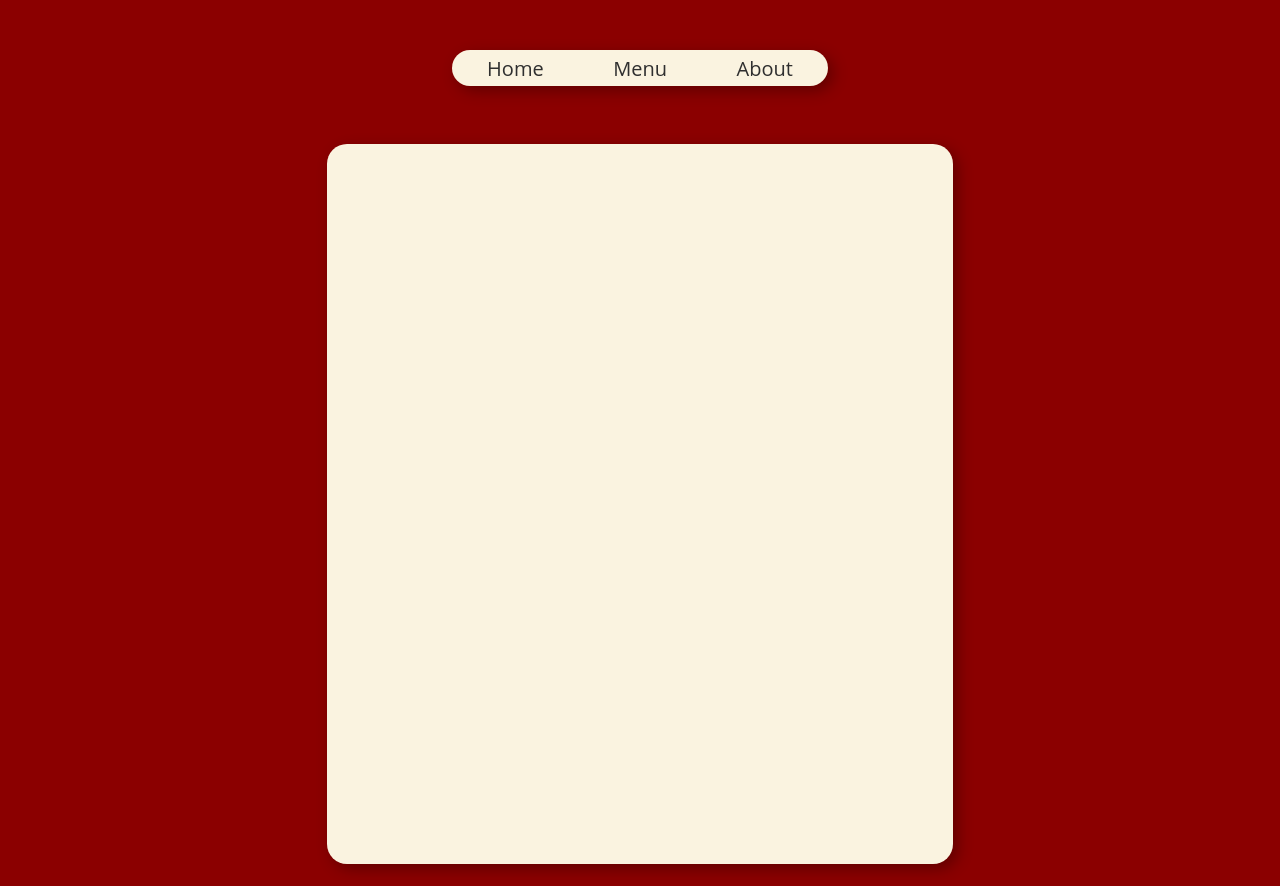
Repository: Dimitris2031/Restaurant-Front-page
Page: / (app in webpack-practice/)
An editor plug-in stored every save of this project. The page is shown before and after the next save, followed by the edit.
The browser window is 1280 px wide. The pictures show the whole page.
The project was rebuilt for these pictures with package versions that can differ from the ones it lists, and the page was loaded fresh each time. Also part of the build but not shown: webpack-practice/webpack.config.js.

Above is the page before, as saved 2025-09-10 10:48:57.

### webpack-practice/src/template.html
<!DOCTYPE html>
<html lang="en">
<head>
  <meta charset="UTF-8">
  <title>Webpack Practice</title>
</head>
<body>
  <header>
    <div class="nav-container">
        <nav>Home</nav>
        <nav>Menu</nav>
        <nav>About</nav>
    </div>
  </header>
  <div id="content"></div>
</body>
</html>

### webpack-practice/src/index.js
// src/index.js
import "./styles.css";
// import odinImage from "./odin.png";
import { greeting } from "./greeting.js";
const image = document.createElement("img");
// image.src = odinImage;

// document.body.appendChild(image);

console.log(greeting);

### webpack-practice/src/styles.css
*{
  margin: 1vh;
  padding: 0;

}

/* styles.css */
body {
  background-color: #8B0000;
  display: flex;
  flex-direction: column;
  align-items: center;
  gap: 5vh;
  font-family: "Open Sans", sans-serif;
}

header{
  display:flex;
  justify-content:center;
  align-items:end;
  gap: 5%;
  width: 100%;
  height: 10vh;
}

.nav-container{
  display:flex;
  justify-content:space-around;
  align-items:center;
  height: 50%;
  background-color: #FAF3E0;
  border-radius: 20px;
  width: 30%;
  font-size: clamp(12px, 2vw, 20px);
  box-shadow: 5px 5px 15px rgba(0, 0, 0, 0.3);
}

nav{
  color: #2F2F2F;
}

#content{
  height: 100vh;
  background-color: #FAF3E0;
  width: 50%;
  border-radius: 20px;
  box-shadow: 5px 5px 15px rgba(0, 0, 0, 0.3);
}

### webpack-practice/src/greeting.js
// greeting.js


function home(){

}

function menu(){

}

function contact(){

}

After the next save:
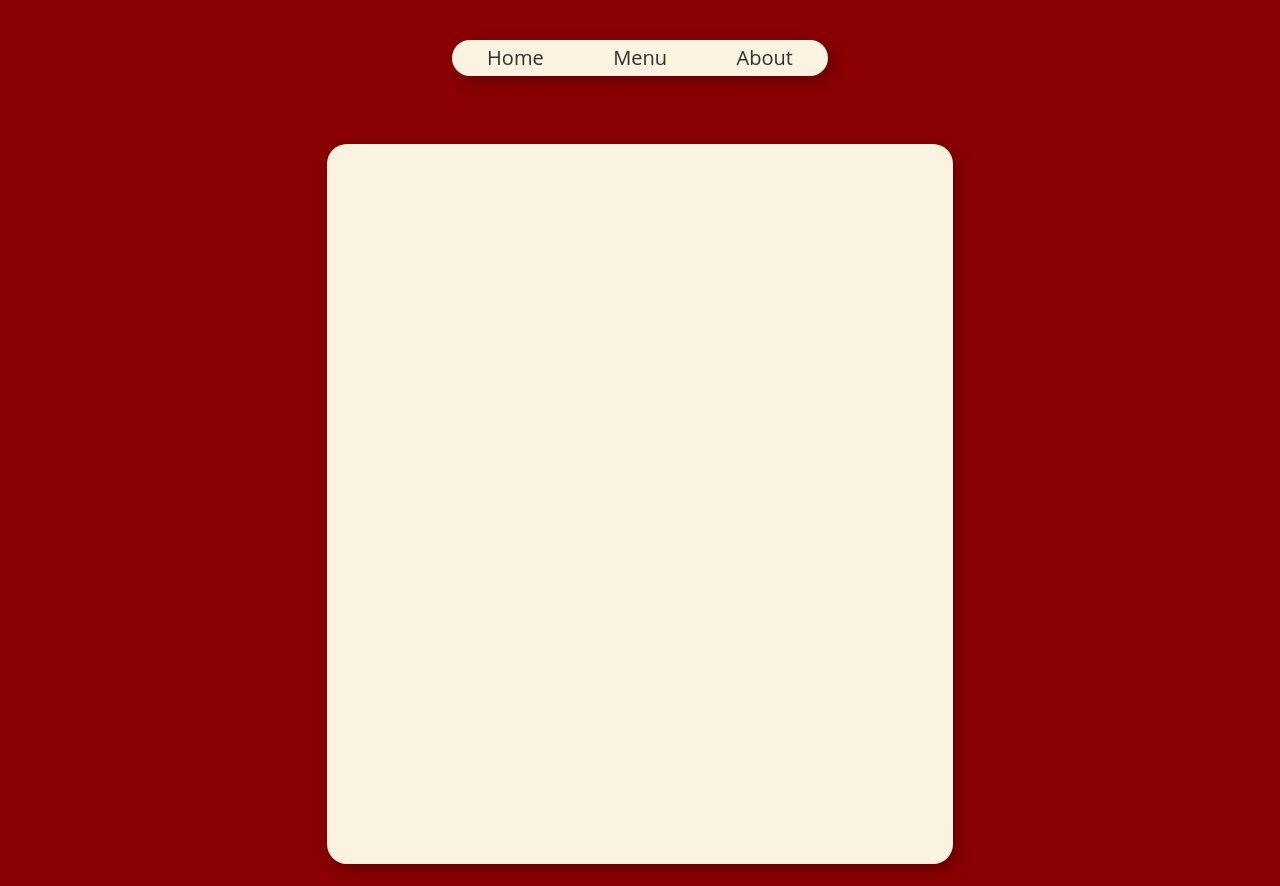
Saved 6 s later.
--- a/webpack-practice/src/styles.css
+++ b/webpack-practice/src/styles.css
@@ -17,7 +17,7 @@ body {
 header{
   display:flex;
   justify-content:center;
-  align-items:end;
+  align-items:center;
   gap: 5%;
   width: 100%;
   height: 10vh;
